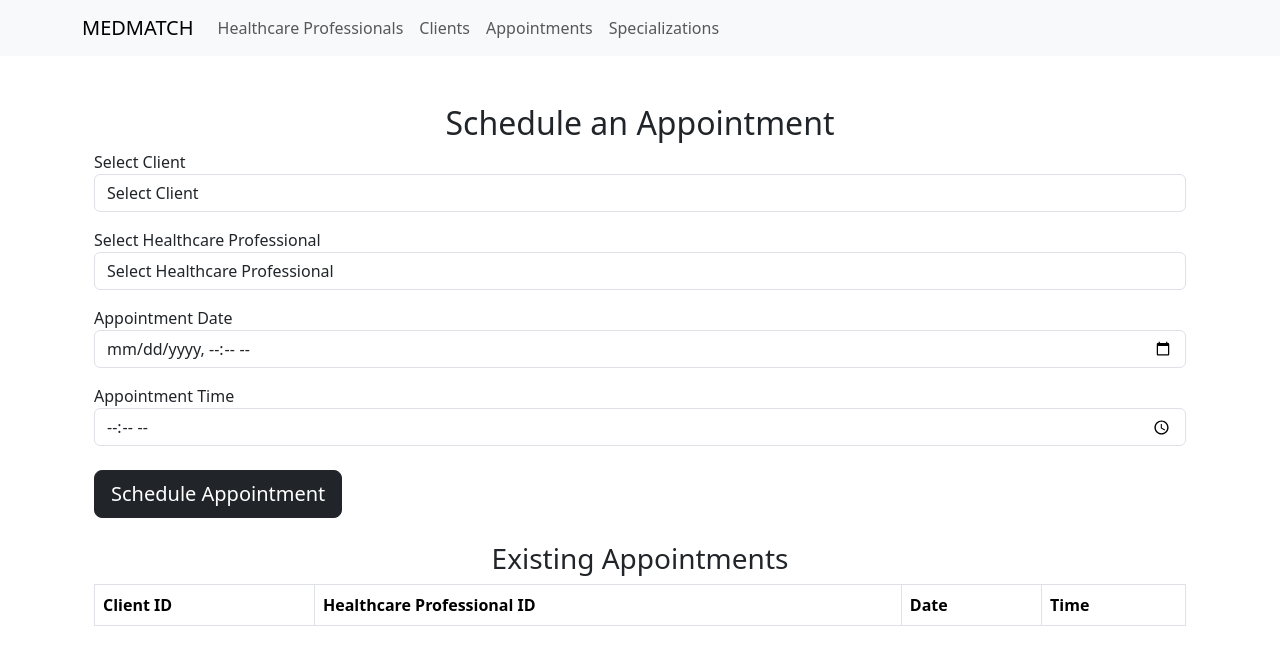
Repository: fahma20/medmatch-platform
Page: /appointments (app in client/)
The author's editor kept a copy of each file at every save. The page is drawn from the files as they stood at one save, then again after a run of saves.
The browser window is 1280 px wide. The pictures show the whole page.
The page's requests for data from a server got no answer. The project was rebuilt for these pictures with package versions that can differ from the ones it lists, and the page was loaded fresh each time. No one was signed in, and anything a server would have sent is missing. Also part of the build but not shown: client/src/components/Healthcareprofessionals.js, client/src/components/Specializations.js, client/src/components/Clients.js, client/src/components/Homepage.js.

Above is the page before, as saved 2025-01-31 10:11:55.

### client/src/index.js
import React from "react";
import ReactDOM from "react-dom";
import App from './components/App';  // Correct path to the App component


ReactDOM.render(
  <React.StrictMode>
    <App />
  </React.StrictMode>,
  document.getElementById("root")
);

### client/src/components/App.js
import React from 'react';
import { BrowserRouter as Router, Routes, Route } from 'react-router-dom';
import 'bootstrap/dist/css/bootstrap.min.css';

import HealthcareProfessionals from './Healthcareprofessionals'; // Ensure the correct name and casing
import Specializations from './Specializations';
import Appointments from './Appointments';
import Clients from './Clients';
import Navbar from './Navbar';
import HomePage from './Homepage'; // Corrected import to HomePage

const App = () => {
  return (
    <Router>
      <Navbar /> {/* Your Navbar component */}
      <div className="container mt-5">
        <Routes>
          {/* Add HomePage as the route for the root path */}
          <Route path="/" element={<HomePage />} /> {/* Home Page */}
          <Route path="/clients" element={<Clients />} />
          <Route path="/appointments" element={<Appointments />} />
          <Route path="/specializations" element={<Specializations />} />
          <Route path="/healthcare-professionals" element={<HealthcareProfessionals />} /> {/* Healthcare Professionals Page */}
        </Routes>
      </div>
    </Router>
  );
};

export default App;

### client/src/components/Appointments.js

/*
import React, { useState, useEffect } from 'react';
import { Formik, Field, Form, ErrorMessage } from 'formik';
import * as Yup from 'yup';

const Appointments = () => {
  const [appointments, setAppointments] = useState([]);

  // Fetch appointments
  useEffect(() => {
    const fetchAppointments = async () => {
      try {
        const response = await fetch('http://127.0.0.1:5000/api/appointments');
        const data = await response.json();
        setAppointments(data);
      } catch (error) {
        console.error('Error fetching appointments:', error);
      }
    };
    fetchAppointments();
  }, []);

  // Validation schema for creating/editing appointment
  const validationSchema = Yup.object({
    clientId: Yup.number().required('Client ID is required'),
    doctorId: Yup.number().required('Doctor ID is required'),
    appointmentDate: Yup.date().required('Appointment date is required'),
  });

  // Handle form submission (create new appointment)
  const handleSubmit = async (values, { resetForm }) => {
    try {
      const response = await fetch('http://127.0.0.1:5000/api/appointments', {
        method: 'POST',
        headers: {
          'Content-Type': 'application/json',
        },
        body: JSON.stringify(values),
      });

      if (!response.ok) {
        console.error('Error adding appointment:', response);
        return;
      }

      const newAppointment = await response.json();
      setAppointments((prevAppointments) => [...prevAppointments, newAppointment]);
      resetForm();
    } catch (error) {
      console.error('Error adding appointment:', error);
    }
  };

  // Handle deleting an appointment
  const handleDelete = async (id) => {
    try {
      const response = await fetch(`http://127.0.0.1:5000/api/appointments/${id}`, {
        method: 'DELETE',
      });

      if (!response.ok) {
        console.error('Error deleting appointment:', response);
        return;
      }

      setAppointments((prevAppointments) =>
        prevAppointments.filter((appointment) => appointment.id !== id)
      );
    } catch (error) {
      console.error('Error deleting appointment:', error);
    }
  };

  return (
    <div>
      <h2>Appointments</h2>

      <Formik
        initialValues={{
          clientId: '',
          doctorId: '',
          appointmentDate: '',
        }}
        validationSchema={validationSchema}
        onSubmit={handleSubmit}
      >
        <Form>
          <div className="form-group">
            <label htmlFor="clientId">Client ID</label>
            <Field
              type="number"
              id="clientId"
              name="clientId"
              className="form-control"
            />
            <ErrorMessage name="clientId" component="div" className="text-danger" />
          </div>

          <div className="form-group">
            <label htmlFor="doctorId">Doctor ID</label>
            <Field
              type="number"
              id="doctorId"
              name="doctorId"
              className="form-control"
            />
            <ErrorMessage name="doctorId" component="div" className="text-danger" />
          </div>

          <div className="form-group">
            <label htmlFor="appointmentDate">Appointment Date</label>
            <Field
              type="date"
              id="appointmentDate"
              name="appointmentDate"
              className="form-control"
            />
            <ErrorMessage name="appointmentDate" component="div" className="text-danger" />
          </div>

          <button type="submit" className="btn btn-primary">Add Appointment</button>
        </Form>
      </Formik>

      <div className="mt-4">
        <h3>Appointments List</h3>
        {appointments.length === 0 ? (
          <p>No appointments available.</p>
        ) : (
          appointments.map((appointment) => (
            <div key={appointment.id} className="card mb-3">
              <div className="card-body">
                <h5 className="card-title">Appointment ID: {appointment.id}</h5>
                <p className="card-text">
                  <strong>Client ID:</strong> {appointment.clientId}
                </p>
                <p className="card-text">
                  <strong>Doctor ID:</strong> {appointment.doctorId}
                </p>
                <p className="card-text">
                  <strong>Date:</strong> {new Date(appointment.appointmentDate).toLocaleDateString()}
                </p>
                <button
                  className="btn btn-danger"
                  onClick={() => handleDelete(appointment.id)}
                >
                  Delete
                </button>
              </div>
            </div>
          ))
        )}
      </div>
    </div>
  );
};

export default Appointments;
*/
import React, { useState, useEffect } from 'react';

const Appointments = () => {
    const [clients, setClients] = useState([]);
    const [professionals, setProfessionals] = useState([]);
    const [appointments, setAppointments] = useState([]);
    const [appointmentDate, setAppointmentDate] = useState('');
    const [appointmentTime, setAppointmentTime] = useState('');
    const [clientId, setClientId] = useState('');
    const [professionalId, setProfessionalId] = useState('');
    const [message, setMessage] = useState('');

    // Fetch clients and healthcare professionals
    useEffect(() => {
        const fetchClients = async () => {
            const response = await fetch('http://127.0.0.1:5000/api/clients');
            const data = await response.json();
            setClients(data);
        };

        const fetchProfessionals = async () => {
            const response = await fetch('http://127.0.0.1:5000/api/healthcare_professionals');
            const data = await response.json();
            setProfessionals(data);
        };

        const fetchAppointments = async () => {
            const response = await fetch('http://127.0.0.1:5000/api/appointments');
            const data = await response.json();
            setAppointments(data);
        };

        fetchClients();
        fetchProfessionals();
        fetchAppointments();
    }, []);

    // Handle form submission for creating appointment
    const handleSubmit = async (e) => {
        e.preventDefault();

        const newAppointment = {
            client_id: clientId,
            healthcare_professional_id: professionalId,
            date: appointmentDate,
            time: appointmentTime,
        };

        try {
            const response = await fetch('http://127.0.0.1:5000/api/appointments', {
                method: 'POST',
                headers: {
                    'Content-Type': 'application/json',
                },
                body: JSON.stringify(newAppointment),
            });

            if (response.ok) {
                const result = await response.json();
                // Add the newly created appointment to the appointments list without refreshing
                setAppointments((prevAppointments) => [...prevAppointments, result]);
                setMessage('Appointment scheduled successfully!');
                resetForm();
            } else {
                setMessage('There was an issue scheduling the appointment.');
            }
        } catch (error) {
            setMessage('Error connecting to the server.');
        }
    };

    const resetForm = () => {
        setClientId('');
        setProfessionalId('');
        setAppointmentDate('');
        setAppointmentTime('');
    };

    return (
        <div className="container mt-4">
            <h2 className="text-center">Schedule an Appointment</h2>
            <form onSubmit={handleSubmit}>
                <div className="form-group">
                    <label>Select Client</label>
                    <select
                        className="form-control"
                        value={clientId}
                        onChange={(e) => setClientId(e.target.value)}
                    >
                        <option value="">Select Client</option>
                        {clients.map((client) => (
                            <option key={client.id} value={client.id}>
                                {client.name}
                            </option>
                        ))}
                    </select>
                </div>
                <div className="form-group mt-3">
                    <label>Select Healthcare Professional</label>
                    <select
                        className="form-control"
                        value={professionalId}
                        onChange={(e) => setProfessionalId(e.target.value)}
                    >
                        <option value="">Select Healthcare Professional</option>
                        {professionals.map((professional) => (
                            <option key={professional.id} value={professional.id}>
                                {professional.name}
                            </option>
                        ))}
                    </select>
                </div>
                <div className="form-group mt-3">
                    <label>Appointment Date</label>
                    <input
                        type="datetime-local"
                        className="form-control"
                        value={appointmentDate}
                        onChange={(e) => setAppointmentDate(e.target.value)}
                        required
                    />
                </div>
                <div className="form-group mt-3">
                    <label>Appointment Time</label>
                    <input
                        type="time"
                        className="form-control"
                        value={appointmentTime}
                        onChange={(e) => setAppointmentTime(e.target.value)}
                        required
                    />
                </div>
                <button type="submit" className="btn btn-dark btn-lg mt-4">
                    Schedule Appointment
                </button>
            </form>

            {message && <div className="mt-4 alert alert-info">{message}</div>}

            <div className="mt-4">
                <h3 className="text-center">Existing Appointments</h3>
                <table className="table table-bordered">
                    <thead>
                        <tr>
                            <th>Client ID</th>
                            <th>Healthcare Professional ID</th>
                            <th>Date</th>
                            <th>Time</th>
                        </tr>
                    </thead>
                    <tbody>
                        {appointments.map((appointment) => (
                            <tr key={appointment.id}>
                                <td>{appointment.client_id}</td>
                                <td>{appointment.healthcare_professional_id}</td>
                                <td>{appointment.date}</td>
                                <td>{appointment.time}</td>
                            </tr>
                        ))}
                    </tbody>
                </table>
            </div>
        </div>
    );
};

export default Appointments;

### client/src/components/Navbar.js
/*import React from 'react';
import { Link } from 'react-router-dom';

const Navbar = () => {
  return (
    <nav className="navbar navbar-expand-lg navbar-light bg-light">
      <a className="navbar-brand" href="/">MedMatch</a>
      <div className="collapse navbar-collapse">
        <ul className="navbar-nav ml-auto">
          <li className="nav-item">
            <Link className="nav-link" to="/">Healthcare Professionals</Link>
          </li>
          <li className="nav-item">
            <Link className="nav-link" to="/clients">Clients</Link>
          </li>
          <li className="nav-item">
            <Link className="nav-link" to="/appointments">Appointments</Link>
          </li>
        </ul>
      </div>
    </nav>
  );
};

export default Navbar;
*/

// Navbar.js
import React from 'react';
import { Link } from 'react-router-dom';

const Navbar = () => {
  return (
    <nav className="navbar navbar-expand-lg navbar-light bg-light">
      <div className="container">
        <Link className="navbar-brand" to="/">MEDMATCH</Link>
        <button
          className="navbar-toggler"
          type="button"
          data-bs-toggle="collapse"
          data-bs-target="#navbarNav"
          aria-controls="navbarNav"
          aria-expanded="false"
          aria-label="Toggle navigation"
        >
          <span className="navbar-toggler-icon"></span>
        </button>
        <div className="collapse navbar-collapse" id="navbarNav">
          <ul className="navbar-nav">
            <li className="nav-item">
              <Link className="nav-link" to="/healthcare-professionals">Healthcare Professionals</Link>
            </li>
            <li className="nav-item">
              <Link className="nav-link" to="/clients">Clients</Link>
            </li>
            <li className="nav-item">
              <Link className="nav-link" to="/appointments">Appointments</Link>
            </li>
            <li className="nav-item">
              <Link className="nav-link" to="/specializations">Specializations</Link>
            </li>
          </ul>
        </div>
      </div>
    </nav>
  );
};

export default Navbar;

Loaded but not shown: client/public/index.html (common file)

After the next 2 saves:
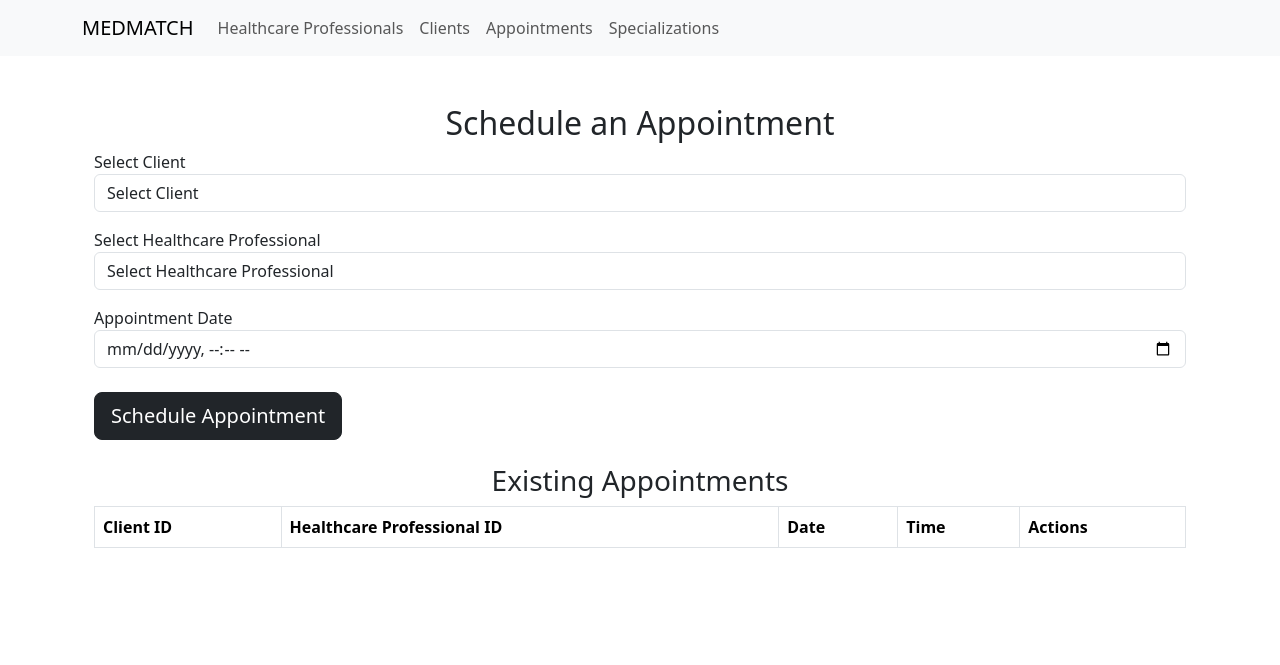
The 2 saves are shown as one change because they came seconds apart.
The last was saved 3 min 11 s later.
--- a/client/src/components/Appointments.js
+++ b/client/src/components/Appointments.js
@@ -165,7 +165,6 @@ const Appointments = () => {
     const [professionals, setProfessionals] = useState([]);
     const [appointments, setAppointments] = useState([]);
     const [appointmentDate, setAppointmentDate] = useState('');
-    const [appointmentTime, setAppointmentTime] = useState('');
     const [clientId, setClientId] = useState('');
     const [professionalId, setProfessionalId] = useState('');
     const [message, setMessage] = useState('');
@@ -203,7 +202,6 @@ const Appointments = () => {
             client_id: clientId,
             healthcare_professional_id: professionalId,
             date: appointmentDate,
-            time: appointmentTime,
         };
 
         try {
@@ -217,7 +215,6 @@ const Appointments = () => {
 
             if (response.ok) {
                 const result = await response.json();
-                // Add the newly created appointment to the appointments list without refreshing
                 setAppointments((prevAppointments) => [...prevAppointments, result]);
                 setMessage('Appointment scheduled successfully!');
                 resetForm();
@@ -229,11 +226,30 @@ const Appointments = () => {
         }
     };
 
+    // Reset form fields after submitting
     const resetForm = () => {
         setClientId('');
         setProfessionalId('');
         setAppointmentDate('');
-        setAppointmentTime('');
+    };
+
+    // Handle deleting an appointment
+    const handleDelete = async (appointmentId) => {
+        try {
+            const response = await fetch(`http://127.0.0.1:5000/api/appointments/${appointmentId}`, {
+                method: 'DELETE',
+            });
+
+            if (response.ok) {
+                // Filter out the deleted appointment from the state
+                setAppointments((prevAppointments) => prevAppointments.filter(appointment => appointment.id !== appointmentId));
+                setMessage('Appointment deleted successfully!');
+            } else {
+                setMessage('There was an issue deleting the appointment.');
+            }
+        } catch (error) {
+            setMessage('Error connecting to the server.');
+        }
     };
 
     return (
@@ -280,16 +296,6 @@ const Appointments = () => {
                         required
                     />
                 </div>
-                <div className="form-group mt-3">
-                    <label>Appointment Time</label>
-                    <input
-                        type="time"
-                        className="form-control"
-                        value={appointmentTime}
-                        onChange={(e) => setAppointmentTime(e.target.value)}
-                        required
-                    />
-                </div>
                 <button type="submit" className="btn btn-dark btn-lg mt-4">
                     Schedule Appointment
                 </button>
@@ -306,6 +312,7 @@ const Appointments = () => {
                             <th>Healthcare Professional ID</th>
                             <th>Date</th>
                             <th>Time</th>
+                            <th>Actions</th>
                         </tr>
                     </thead>
                     <tbody>
@@ -315,6 +322,14 @@ const Appointments = () => {
                                 <td>{appointment.healthcare_professional_id}</td>
                                 <td>{appointment.date}</td>
                                 <td>{appointment.time}</td>
+                                <td>
+                                    <button
+                                        className="btn btn-danger"
+                                        onClick={() => handleDelete(appointment.id)}
+                                    >
+                                        Delete
+                                    </button>
+                                </td>
                             </tr>
                         ))}
                     </tbody>
